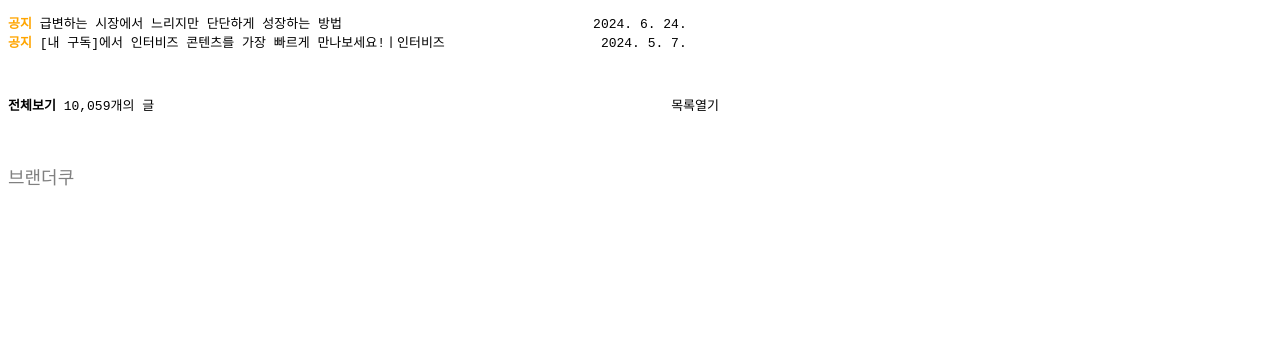
Repository: msgggg1/webPro
Page: webPro/src/main/webapp/html/days02/ex11.html
The author's editor kept a copy of each file at every save. The page is drawn from the files as they stood at one save, then again after the next save.
The browser window is 1280 px wide. The pictures show the whole page.

Above is the page before, as saved 2025-04-22 14:51:19.

### webPro/src/main/webapp/html/days02/ex11.html
<!DOCTYPE html>
<html>
<head>
<meta charset="UTF-8">
<title>Insert title here</title>
<link rel="shortcut icon" type="image/x-icon" href="http://localhost/webPro/images/SiSt.ico">
<script src="https://ajax.googleapis.com/ajax/libs/jquery/3.7.1/jquery.min.js"></script>
<style>
	#list{
		color: black;
		text-decoration: none;
	}
	#list:hover{
		text-decoration: underline;
	}
	a{
		text-decoration: none;
	}
	a:hover{
		text-decoration: underline;
	}
	a:visited {
		color: gray;
	}
</style>
</head>
<body>
<!-- https://blog.naver.com/PostView.naver?blogId=businessinsight&logNo=223837748542&proxyReferer=&noTrackingCode=true -->
<pre>
<font color="orange"><b>공지</b></font> 급변하는 시장에서 느리지만 단단하게 성장하는 방법                 	           2024. 6. 24. <!-- 줄 간격 맞추기 -->
<font color="orange"><b>공지</b></font> [내 구독]에서 인터비즈 콘텐츠를 가장 빠르게 만나보세요!ㅣ인터비즈 		    2024. 5. 7.
</pre>
<br>
<pre>
<b>전체보기</b> 10,059개의 글							     	     <a href="" id="list">목록열기</a>
</pre>
<br>
<br>
<font size="4" color="gray"><a href="">브랜더쿠</a></font>

</body>
</html>

After the next save:
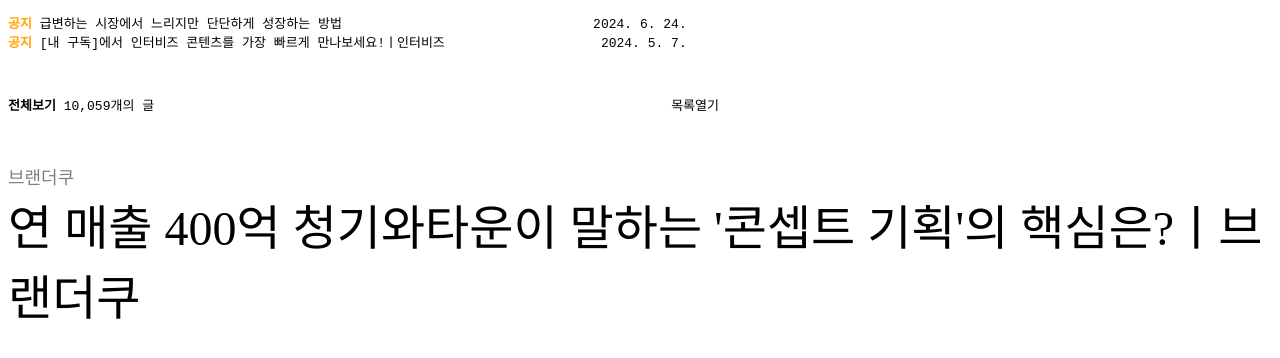
Saved 60 s later.
--- a/webPro/src/main/webapp/html/days02/ex11.html
+++ b/webPro/src/main/webapp/html/days02/ex11.html
@@ -37,6 +37,9 @@
 <br>
 <br>
 <font size="4" color="gray"><a href="">브랜더쿠</a></font>
+<br>
+<font size="8">연 매출 400억 청기와타운이 말하는 '콘셉트 기획'의 핵심은?ㅣ브랜더쿠</font>
+
 
 </body>
 </html>
